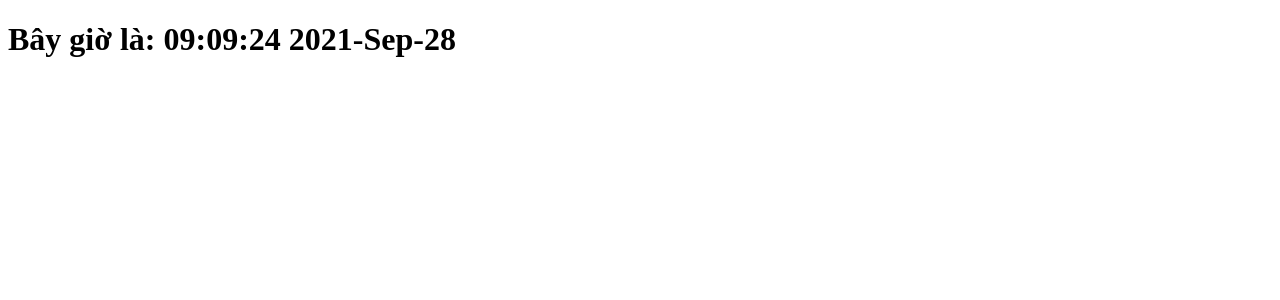
Repository: HanhHeo/Module2
Page: http://localhost/
An editor plug-in stored every save of this project. The page is shown before and after the next save, followed by the edit.
The browser window is 1280 px wide. The pictures show the whole page.
The page is run by PHP 8.4 with error messages shown; the project is at /var/www/html/.

Above is the page before, as saved 2021-09-28 14:37:32.

After the next save:
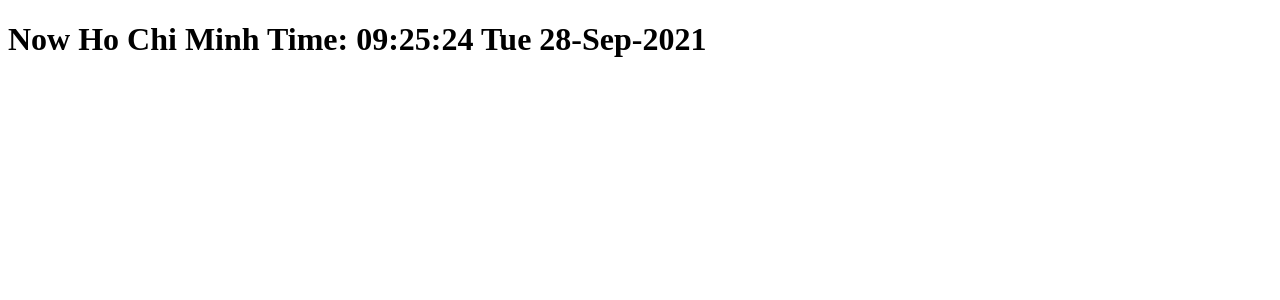
Saved 66 s later.
--- a/sever_time/index.php
+++ b/sever_time/index.php
@@ -7,8 +7,10 @@
     <title>Document</title>
 </head>
 <body>
-    <?php date_default_timezone_set('Asia/Ho_Chi_Minh'); ?>
-    <h1> Bây giờ là: <?php echo date(' h:m:s Y-M-d'); ?> </h1>
+<?php
+    date_default_timezone_set('Asia/Ho_Chi_Minh');
+    ?>
+    <h1>Now Ho Chi Minh Time: <?php echo date('h:i:s D d-M-Y'); ?></h1>
 
 </body>
 </html>
